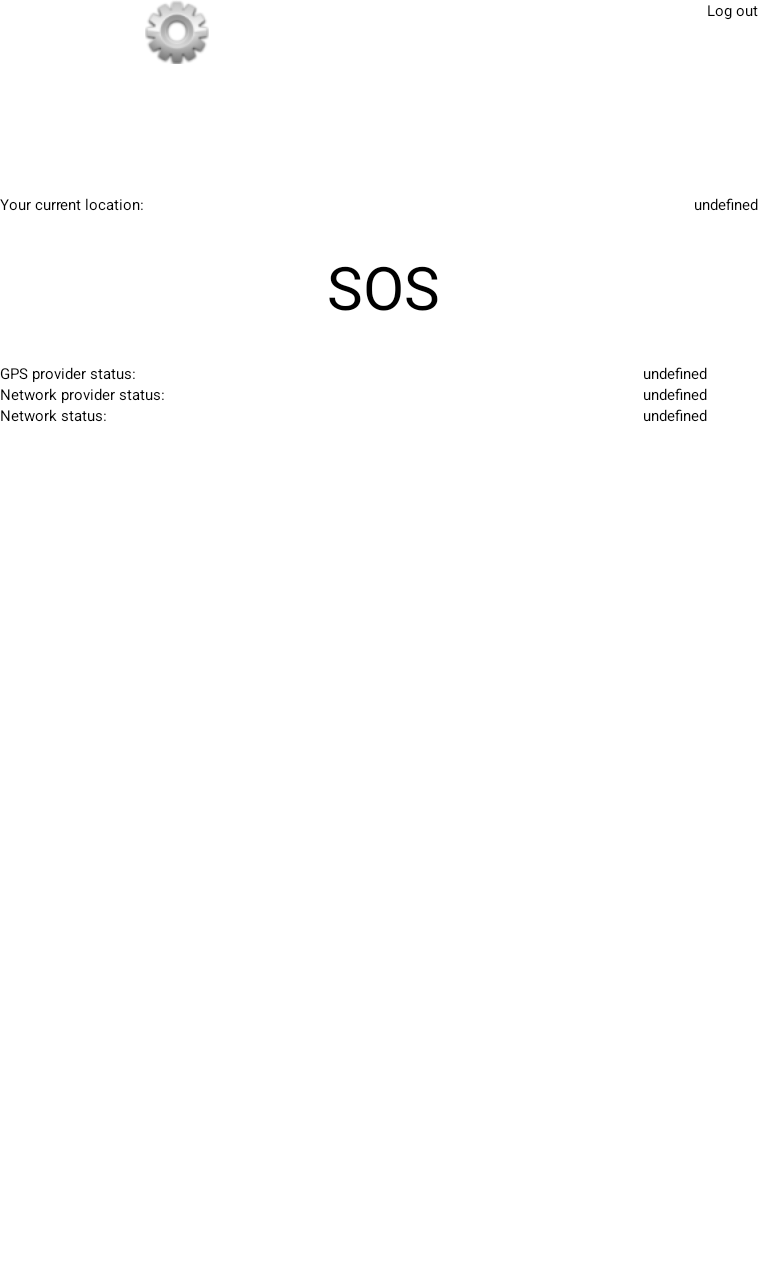
Repository: yuryk53/GTrackerRepository
Layout: GTracker/res/layout/main.xml
An editor plug-in stored every save of this project. The layout is shown before and after the next save, followed by the edit.
It is drawn on a 768 x 1280 px phone screen (xhdpi) without system bars, with theme AppTheme; the app's code is not run. The app's manifest (not shown) leaves right-to-left support off. So textAlignment, textDirection and layoutDirection are ignored, and left and right values win over start and end ones.

Above is the layout before, as saved 2015-11-13 22:26:23.

### GTracker/res/layout/main.xml
<?xml version="1.0" encoding="utf-8"?>
<RelativeLayout xmlns:android="http://schemas.android.com/apk/res/android"
    android:layout_width="match_parent"
    android:layout_height="match_parent"
    android:layout_marginLeft="5dp"
    android:layout_marginTop="5dp"
    android:contentDescription="@drawable/gear"
    android:orientation="vertical" >

    <Switch
        android:id="@+id/switchLocator"
        android:layout_width="wrap_content"
        android:layout_height="wrap_content"
        android:layout_alignBottom="@+id/button1"
        android:layout_alignParentLeft="true"
        android:layout_alignParentTop="true" />

    <Button
        android:id="@+id/button1"
        android:layout_width="wrap_content"
        android:layout_height="wrap_content"
        android:layout_alignParentRight="true"
        android:layout_alignParentTop="true"
        android:layout_marginRight="5dp"
        android:text="@string/logout_btn_text" />

    <Button
        android:id="@+id/button2"
        android:layout_width="wrap_content"
        android:layout_height="wrap_content"
        android:layout_below="@+id/switch1"
        android:layout_centerHorizontal="true"
        android:layout_marginTop="123dp"
        android:text="@string/sos_btn_text"
        android:textSize="30sp" />

    <Spinner
        android:id="@+id/upd_interval_spinner"
        android:layout_width="fill_parent"
        android:layout_height="wrap_content"
        android:layout_alignParentBottom="true"
        android:layout_alignParentLeft="true"
        android:layout_alignParentStart="true"
        android:layout_marginBottom="17dp"
        android:prompt="@string/spinner_upd_interval_title" />

    <TextView
        android:id="@+id/textView1"
        android:layout_width="wrap_content"
        android:layout_height="wrap_content"
        android:layout_alignBaseline="@+id/textViewCoordinates"
        android:layout_alignBottom="@+id/textViewCoordinates"
        android:layout_alignParentLeft="true"
        android:text="@string/curr_location_string" />

    <TextView
        android:id="@+id/textView2"
        android:layout_width="wrap_content"
        android:layout_height="wrap_content"
        android:layout_alignParentLeft="true"
        android:layout_below="@+id/button2"
        android:layout_marginTop="18dp"
        android:text="GPS provider status: " />

    <TextView
        android:id="@+id/textViewCoordinates"
        android:layout_width="wrap_content"
        android:layout_height="wrap_content"
        android:layout_alignRight="@+id/button1"
        android:layout_below="@+id/textViewGPSStatus"
        android:layout_marginTop="97dp"
        android:layout_toRightOf="@+id/textViewGPSStatus"
        android:text="undefined" />

    <TextView
        android:id="@+id/textView3"
        android:layout_width="wrap_content"
        android:layout_height="wrap_content"
        android:layout_alignParentLeft="true"
        android:layout_below="@+id/textView2"
        android:text="Network provider status:" />

    <TextView
        android:id="@+id/textViewNetworkProviderStatus"
        android:layout_width="wrap_content"
        android:layout_height="wrap_content"
        android:layout_alignBaseline="@+id/textView2"
        android:layout_alignBottom="@+id/textView2"
        android:layout_toLeftOf="@+id/button1"
        android:text="undefined" />

    <TextView
        android:id="@+id/textViewGPSProviderStatus"
        android:layout_width="wrap_content"
        android:layout_height="wrap_content"
        android:layout_alignBaseline="@+id/textView3"
        android:layout_alignBottom="@+id/textView3"
        android:layout_alignLeft="@+id/textViewNetworkProviderStatus"
        android:text="undefined" />

    <TextView
        android:id="@+id/textView4"
        android:layout_width="wrap_content"
        android:layout_height="wrap_content"
        android:layout_alignParentLeft="true"
        android:layout_alignRight="@+id/textView3"
        android:layout_below="@+id/textView3"
        android:text="Network status:" />

    <TextView
        android:id="@+id/textViewNetStatus"
        android:layout_width="wrap_content"
        android:layout_height="wrap_content"
        android:layout_alignBaseline="@+id/textView4"
        android:layout_alignBottom="@+id/textView4"
        android:layout_alignLeft="@+id/textViewGPSProviderStatus"
        android:text="undefined" />

    <ImageButton
        android:id="@+id/imageButton1"
        android:layout_width="wrap_content"
        android:layout_height="wrap_content"
        android:layout_alignParentTop="true"
        android:layout_toRightOf="@+id/textView1"
        android:background="#FFFFFF"
        android:src="@drawable/gear" />

</RelativeLayout>

### GTracker/res/values/strings.xml
<?xml version="1.0" encoding="utf-8"?>
<resources>

    <string name="app_name">GTracker</string>
    <string name="hello_world">Hello world!</string>
    <string name="action_settings">Settings</string>
    <string name="email_string">E-mail</string>
    <string name="pass_string">Password</string>
    <string name="btn_submit_text">Submit</string>
    <string name="about_string">About</string>
    <string name="logout_btn_text">Log out</string>
    <string name="sos_btn_text">SOS</string>
    <string name="spinner_upd_interval_title">Update Interval</string>
    <string name="curr_location_string">Your current location:</string>

</resources>

After the next save:
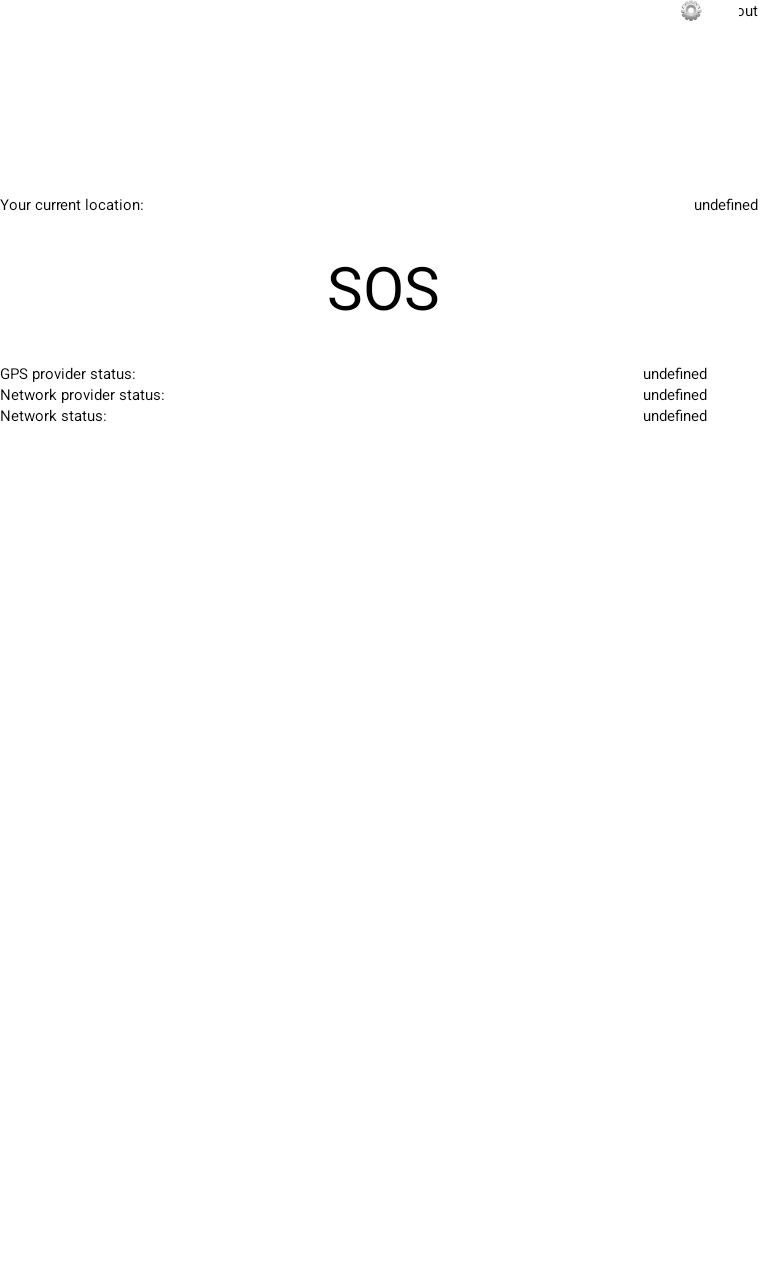
Saved 41 s later.
--- a/GTracker/res/layout/main.xml
+++ b/GTracker/res/layout/main.xml
@@ -118,10 +118,10 @@
 
     <ImageButton
         android:id="@+id/imageButton1"
-        android:layout_width="wrap_content"
-        android:layout_height="wrap_content"
-        android:layout_alignParentTop="true"
-        android:layout_toRightOf="@+id/textView1"
+        android:layout_width="48dp"
+        android:layout_height="48dp"
+        android:layout_alignBottom="@+id/button1"
+        android:layout_alignLeft="@+id/textViewNetworkProviderStatus"
         android:background="#FFFFFF"
         android:src="@drawable/gear" />
 
